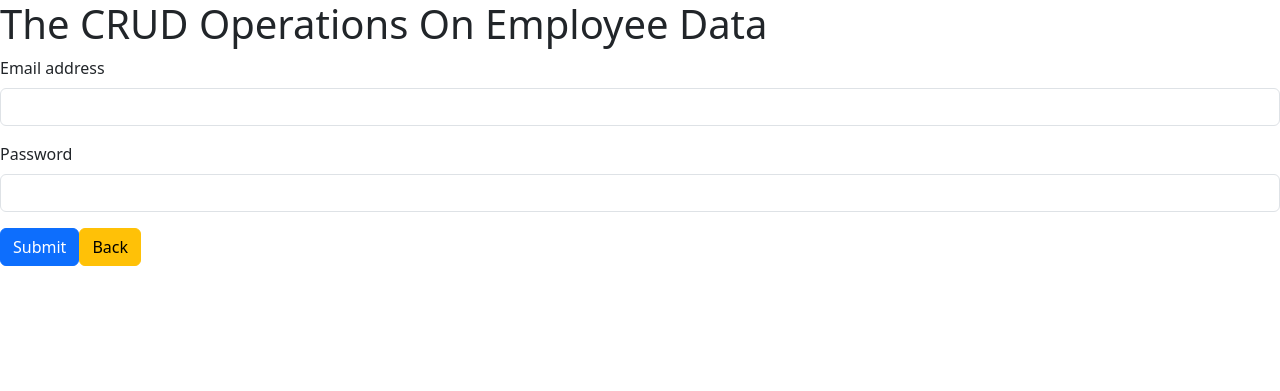
Repository: suraj-yadav7/CRUD_Emp_Data
Page: /employee/create
These files come from the project's save history. The page is drawn as it stood at one moment and after the next save; the edit follows.
The browser window is 1280 px wide. The pictures show the whole page.
The project was rebuilt for these pictures with package versions that can differ from the ones it lists, and the page was loaded fresh each time. Also part of the build but not shown: src/App.css, src/components/EmpDetails.jsx, src/components/EmpEdit.jsx, src/components/Employee.jsx.

Above is the page before, as saved 2023-06-11 11:41:59.

### src/index.js
import React from 'react';
import ReactDOM from 'react-dom/client';
import './index.css';
import App from './App';
import "../node_modules/bootstrap/dist/css/bootstrap.min.css"

const root = ReactDOM.createRoot(document.getElementById('root'));
root.render(
  <React.StrictMode>
    <App />
  </React.StrictMode>
);

### src/App.js
import './App.css';
import EmpCreate from './components/EmpCreate';
import EmpDetails from './components/EmpDetails';
import EmpEdit from './components/EmpEdit';
import Employee from './components/Employee';
import { BrowserRouter as Router, Routes, Route } from 'react-router-dom';
function App() {
  return (
    <>
    <h1>The CRUD Operations On Employee Data</h1>
    <Router>

    <Routes>
      <Route exact path='/'  element={ <Employee />} />
      <Route exact path='/employee/create/'  element={<EmpCreate/>} />
      <Route exact path='/employee/edit/id'  element={<EmpEdit/>} />
      <Route exact path='/employee/details/id'  element={<EmpDetails/>} />
      <Route exact path='/*'  element={<h1>Page Not Found</h1>} />
    </Routes>
    </Router>

    </>
  );
}

export default App;

### src/components/EmpCreate.jsx
import React from 'react'

const EmpCreate = () => {
    return (
        <>
            <form>
                <div className="mb-3">
                    <label for="exampleInputEmail1" className="form-label">Email address</label>
                    <input type="email" className="form-control" id="exampleInputEmail1" aria-describedby="emailHelp"/>
                </div>
                <div className="mb-3">
                    <label for="exampleInputPassword1" className="form-label">Password</label>
                    <input type="password" className="form-control" id="exampleInputPassword1"/>
                </div>
                <button type="submit" className="btn btn-primary">Submit</button>
                <button  className="btn btn-warning">Back</button>
            </form>
        </>
    )
}

export default EmpCreate

Loaded but not shown: public/index.html (common file); src/index.css (common file)

After the next save:
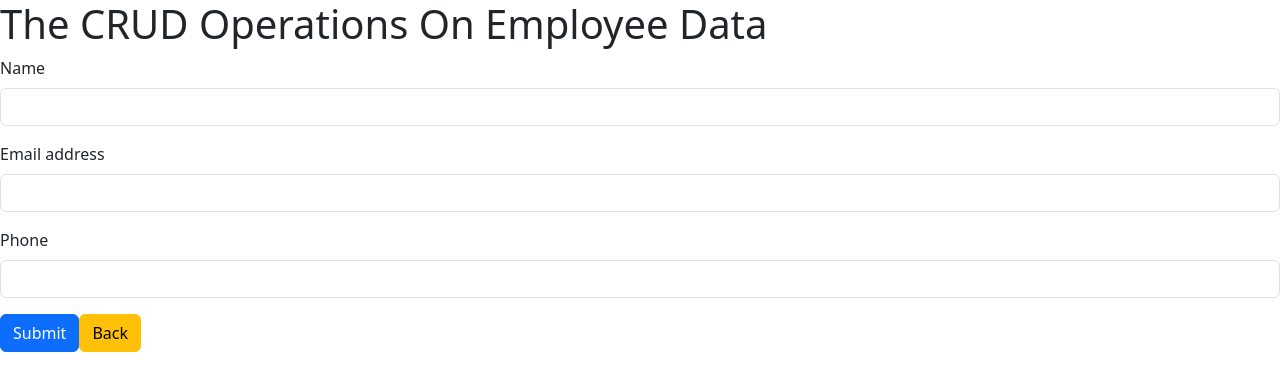
Saved 2 min 4 s later.
--- a/src/components/EmpCreate.jsx
+++ b/src/components/EmpCreate.jsx
@@ -4,13 +4,17 @@ const EmpCreate = () => {
     return (
         <>
             <form>
+            <div className="mb-3">
+                    <label for="exampleInputText1" className="form-label">Name</label>
+                    <input type="text" className="form-control" id="exampleInputText1" aria-describedby="emailHelp"/>
+                </div>
                 <div className="mb-3">
                     <label for="exampleInputEmail1" className="form-label">Email address</label>
                     <input type="email" className="form-control" id="exampleInputEmail1" aria-describedby="emailHelp"/>
                 </div>
                 <div className="mb-3">
-                    <label for="exampleInputPassword1" className="form-label">Password</label>
-                    <input type="password" className="form-control" id="exampleInputPassword1"/>
+                    <label for="exampleInputNumber1" className="form-label">Phone</label>
+                    <input type="number" className="form-control" id="exampleInputNumber1"/>
                 </div>
                 <button type="submit" className="btn btn-primary">Submit</button>
                 <button  className="btn btn-warning">Back</button>
